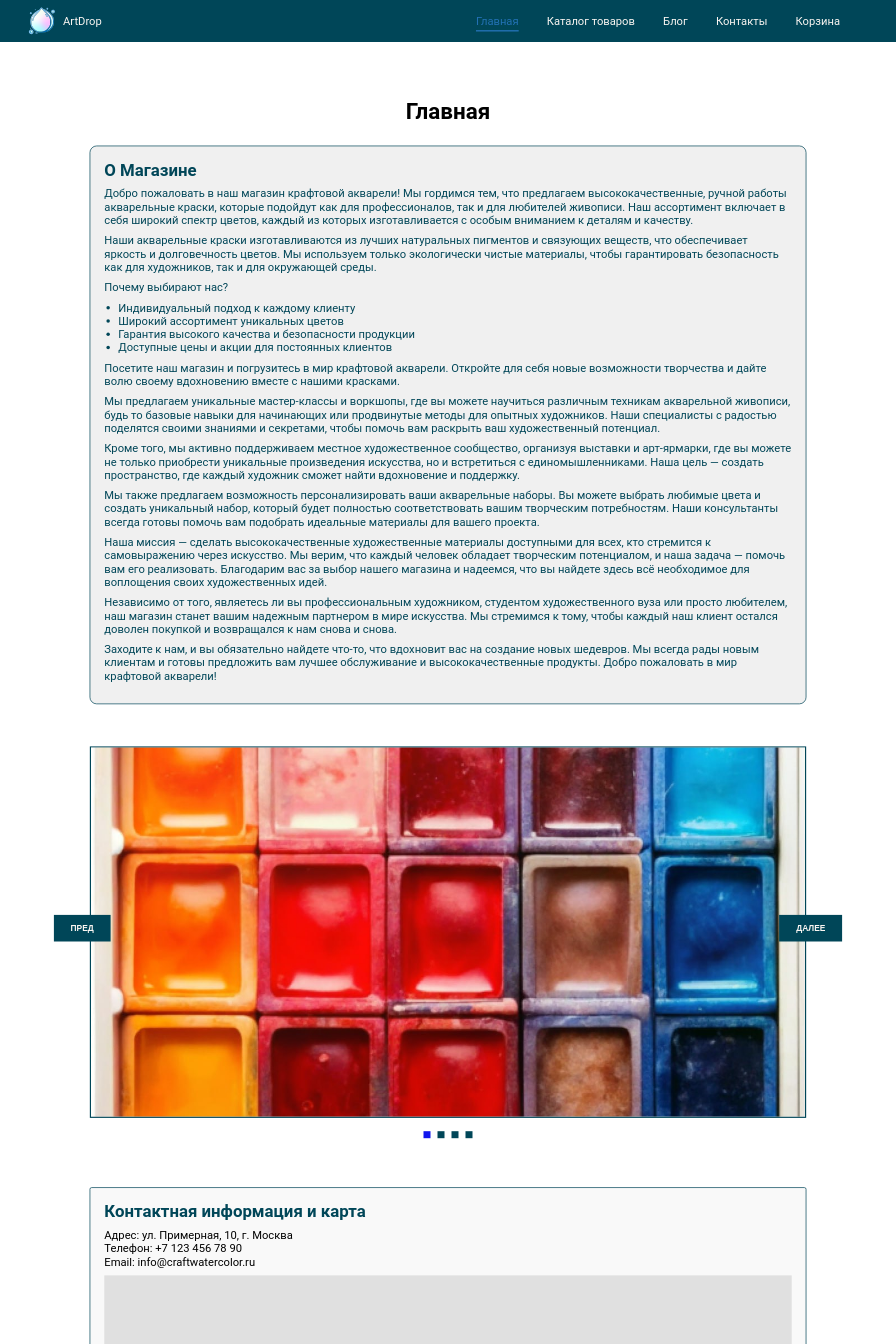
Repository: mnats725/art-drop
Page: index.html
An editor plug-in stored every save of this project. The page is shown before and after the next save, followed by the edit.
The browser window is 1280 px wide. The pictures show the part of the page from y = 0 to 1920 px (the page is 2783 px tall before and 2843 px after), at 70% of full size.
Pictures or frames that could not be fetched are drawn as grey boxes.

Above is the page before, as saved 2024-05-21 00:44:35.

After the next save:
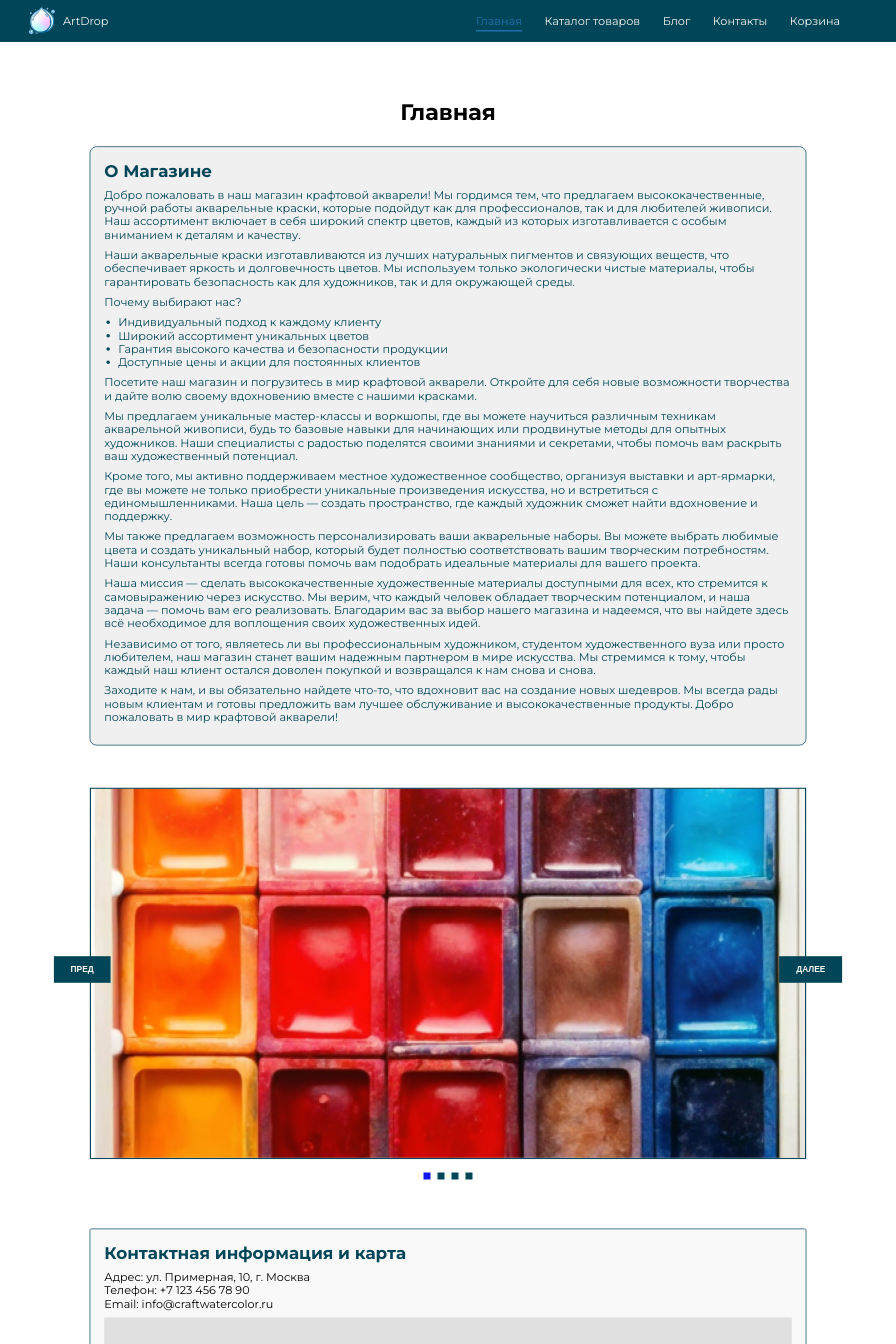
Saved 9 s later.
--- a/css/style.css
+++ b/css/style.css
@@ -8,7 +8,7 @@
 body {
     display: flex;
     flex-direction: column;
-    font-family: 'Roboto', sans-serif;
+    font-family: 'Montserrat', sans-serif;
 }
 
 *{

After the save that followed:
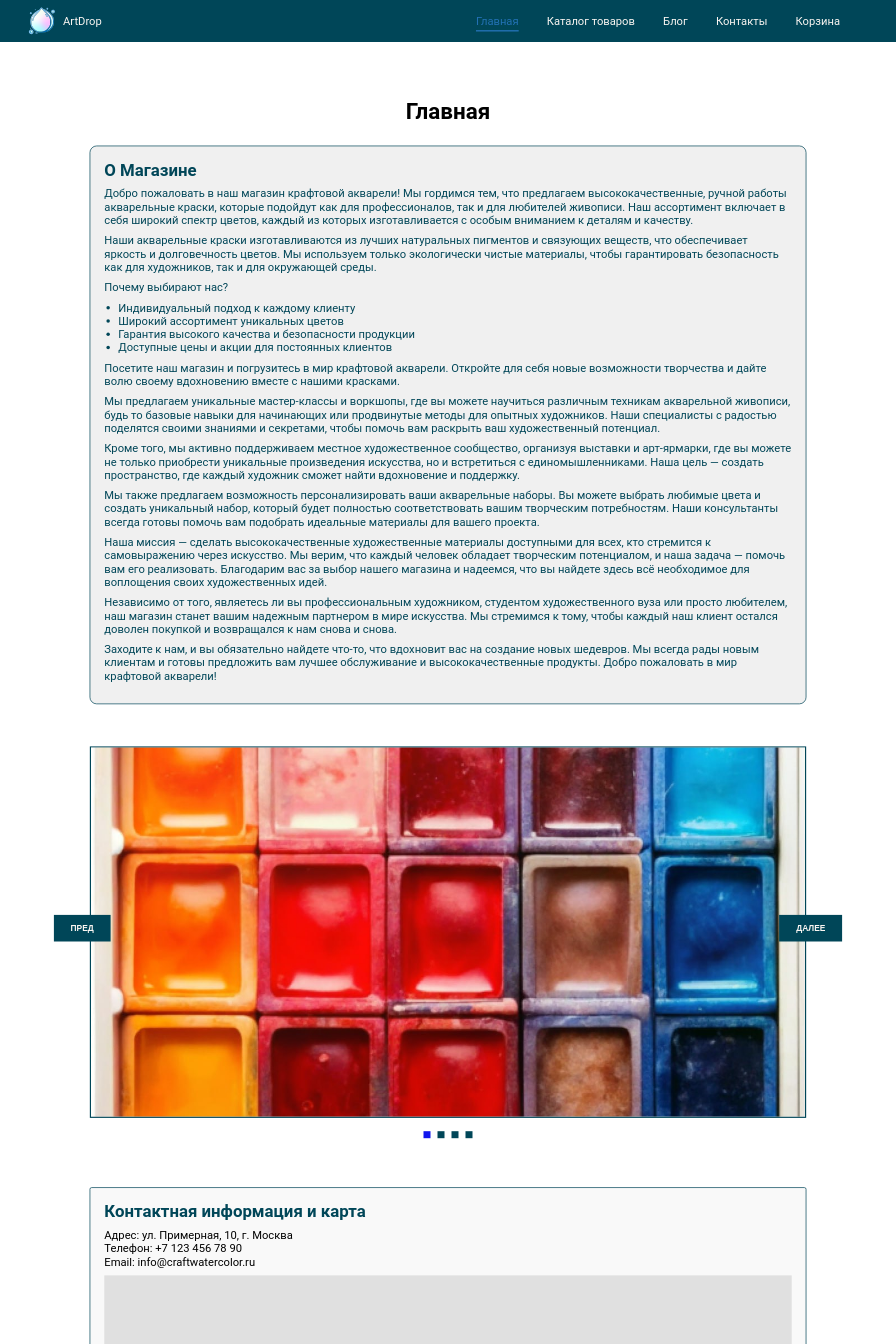
Saved 17 s later.
--- a/css/style.css
+++ b/css/style.css
@@ -8,7 +8,7 @@
 body {
     display: flex;
     flex-direction: column;
-    font-family: 'Montserrat', sans-serif;
+    font-family: 'Roboto', sans-serif;
 }
 
 *{
